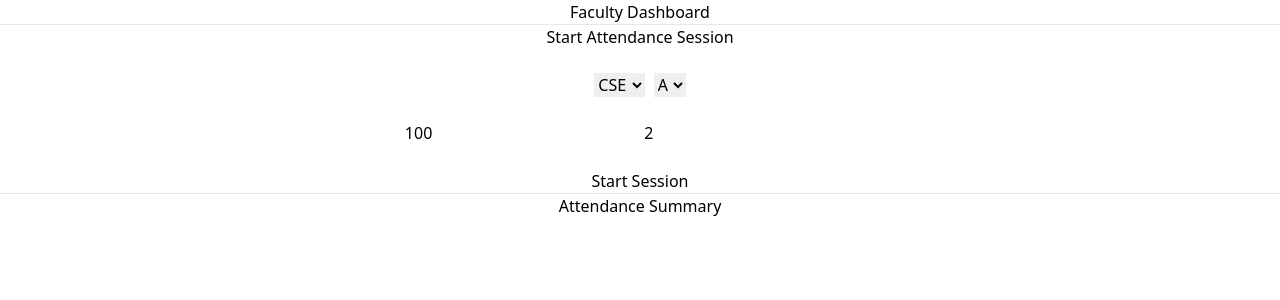
Repository: SparcxSolutions/Attendance_Magic
Page: /faculty (app in frontend/)
These files come from the project's save history. The page is drawn as it stood at one moment and after the next save; the edit follows.
The browser window is 1280 px wide. The pictures show the whole page.
The page's requests for data from a server got no answer. The project was rebuilt for these pictures with package versions that can differ from the ones it lists, and the page was loaded fresh each time. No one was signed in, and anything a server would have sent is missing. Also part of the build but not shown: frontend/vite.config.js, frontend/src/pages/Login.jsx, frontend/src/components/Navbar.jsx, frontend/src/components/StatsCard.jsx.

Above is the page before, as saved 2026-07-14 13:02:50.

### frontend/src/App.jsx
// import { useState } from "react";
// import axios from "axios";
// import FacultyDashboard from "./components/FacultyDashboard";

// function App() {
//   const [verified, setVerified] = useState(false);
//   const [message, setMessage] = useState("");

//   const [department, setDepartment] = useState("");
//   const [section, setSection] = useState("");
//   const [name, setName] = useState("");
//   const [rollNumber, setRollNumber] = useState("");

//   const [attendanceDone, setAttendanceDone] = useState(false);

//   const verifyLocation = () => {
//     navigator.geolocation.getCurrentPosition(
//       async (position) => {
//         try {
//           const response = await axios.post(
//             "http://127.0.0.1:8000/api/verify-location/",
//             {
//               latitude: position.coords.latitude,
//               longitude: position.coords.longitude,
//             }
//           );

//           if (response.data.verified) {
//             setVerified(true);
//             setMessage("Location Verified ✅");
//           } else {
//             setMessage("Outside Allowed Area ❌");
//           }
//         } catch (error) {
//           if (error.response) {
//             setMessage(error.response.data.message);
//           } else {
//             setMessage("Verification Failed");
//           }
//         }
//       },
//       () => {
//         setMessage("Location Access Denied");
//       }
//     );
//   };

//   const submitAttendance = async () => {
//     try {
//       const response = await axios.post(
//         "http://127.0.0.1:8000/api/mark-attendance/",
//         {
//           department,
//           section,
//           name,
//           roll_number: rollNumber,
//         }
//       );

//       if (response.data.message === "Attendance Marked") {
//         setAttendanceDone(true);
//         setMessage("");
//       }
//     } catch (error) {
//       setMessage(
//         error.response?.data?.message ||
//           "Attendance Failed"
//       );
//     }
//   };

//   return (
//     <div>

//       <h1>Attendance Magic</h1>

//       {!verified && (
//         <button onClick={verifyLocation}>
//           Verify Location
//         </button>
//       )}

//       <h3>{message}</h3>

//       {verified && !attendanceDone && (
//         <div>

//           <h2>Attendance Form</h2>

//           <br />

//           <select
//             value={department}
//             onChange={(e) =>
//               setDepartment(e.target.value)
//             }
//           >
//             <option value="">
//               Select Department
//             </option>

//             <option value="CSE">
//               CSE
//             </option>

//             <option value="CSD">
//               CSD
//             </option>

//             <option value="ECE">
//               ECE
//             </option>
//           </select>

//           <br /><br />

//           <select
//             value={section}
//             onChange={(e) =>
//               setSection(e.target.value)
//             }
//           >
//             <option value="">
//               Select Section
//             </option>

//             <option value="A">
//               A
//             </option>

//             <option value="B">
//               B
//             </option>

//             <option value="C">
//               C
//             </option>

//             <option value="D">
//               D
//             </option>
//           </select>

//           <br /><br />

//           <input
//             type="text"
//             placeholder="Enter Name"
//             value={name}
//             onChange={(e) =>
//               setName(e.target.value)
//             }
//           />

//           <br /><br />

//           <input
//             type="text"
//             placeholder="Enter Roll Number"
//             value={rollNumber}
//             onChange={(e) =>
//               setRollNumber(e.target.value)
//             }
//           />

//           <br /><br />

//           <button onClick={submitAttendance}>
//             Submit Attendance
//           </button>

//         </div>
//       )}

//       {attendanceDone && (

//         <div>

//           <h2>
//             ✅ Attendance Marked Successfully
//           </h2>

//           <p>
//             <strong>Name:</strong> {name}
//           </p>

//           <p>
//             <strong>Roll Number:</strong> {rollNumber}
//           </p>

//           <p>
//             <strong>Department:</strong> {department}
//           </p>

//           <p>
//             <strong>Section:</strong> {section}
//           </p>

//           <h3>
//             Thank You 🎉
//           </h3>

//         </div>

//       )}

//       <hr />

//       <FacultyDashboard />

//     </div>
//   );
// }

// export default App;


import {
    BrowserRouter,
    Routes,
    Route,
} from "react-router-dom";

import Login from "./pages/Login";
import FacultyDashboard from "./pages/FacultyDashboard";

function App() {

    return (

        <BrowserRouter>

            <Routes>

                <Route
                    path="/"
                    element={<Login />}
                />

                <Route
                    path="/faculty"
                    element={<FacultyDashboard />}
                />

            </Routes>

        </BrowserRouter>

    );

}

export default App;

### frontend/src/pages/FacultyDashboard.jsx
import Navbar from "../components/Navbar";
import StatsCard from "../components/StatsCard";
import { useEffect, useState } from "react";
import API from "../services/api";

function FacultyDashboard() {

    const [summary, setSummary] = useState([]);
    const [students, setStudents] = useState([]);

    const [department, setDepartment] = useState("CSE");
    const [section, setSection] = useState("A");
    const [radius, setRadius] = useState(100);
    const [duration, setDuration] = useState(2);

    const [attendanceLink, setAttendanceLink] = useState("");

    useEffect(() => {

        fetchSummary();

    }, []);

    const fetchSummary = async () => {

        try {

            const response = await API.get(
                "attendance-summary/"
            );

            setSummary(response.data);

        }

        catch (error) {

            console.log(error);

        }

    };

    const fetchStudents = async (
        department,
        section
    ) => {

        try {

            const response = await API.get(
                `attendance-list/?department=${department}&section=${section}`
            );

            setStudents(response.data);

        }

        catch (error) {

            console.log(error);

        }

    };

    const startSession = async () => {

        try {

            const response = await API.post(
                "start-session/",
                {
                    department,
                    section,
                    faculty_latitude: 17.385,
                    faculty_longitude: 78.486,
                    radius,
                    duration_minutes: duration
                }
            );

            setAttendanceLink(
                response.data.attendance_link
            );

            alert("Attendance Session Started");

            fetchSummary();

        }

        catch (error) {

            console.log(error);

            alert("Unable to Start Session");

        }

    };

    const departments = {};

    summary.forEach((item) => {

        if (!departments[item.department]) {

            departments[item.department] = [];

        }

        departments[item.department].push(item);

    });

    return (

        <div style={{ textAlign: "center" }}>

            <h1>Faculty Dashboard</h1>

            <hr />

            <h2>Start Attendance Session</h2>

            <br />

            <select
                value={department}
                onChange={(e) =>
                    setDepartment(e.target.value)
                }
            >

                <option value="CSE">CSE</option>

                <option value="CSD">CSD</option>

                <option value="ECE">ECE</option>

            </select>

            &nbsp;&nbsp;

            <select
                value={section}
                onChange={(e) =>
                    setSection(e.target.value)
                }
            >

                <option value="A">A</option>

                <option value="B">B</option>

                <option value="C">C</option>

                <option value="D">D</option>

            </select>

            <br /><br />

            <input
                type="number"
                placeholder="Radius"
                value={radius}
                onChange={(e) =>
                    setRadius(e.target.value)
                }
            />

            &nbsp;&nbsp;

            <input
                type="number"
                placeholder="Duration"
                value={duration}
                onChange={(e) =>
                    setDuration(e.target.value)
                }
            />

            <br /><br />

            <button onClick={startSession}>
                Start Session
            </button>

            {

                attendanceLink && (

                    <div>

                        <hr />

                        <h3>Attendance Link</h3>

                        <p>{attendanceLink}</p>

                        <button

                            onClick={() => {

                                navigator.clipboard.writeText(
                                    attendanceLink
                                );

                                alert("Link Copied");

                            }}

                        >

                            Copy Link

                        </button>

                    </div>

                )

            }

            <hr />

            <h2>Attendance Summary</h2>

            {

                Object.keys(departments).map(

                    (department) => (

                        <div key={department}>

                            <h2>

                                {department}

                            </h2>

                            <hr />

                            {

                                departments[
                                    department
                                ].map(

                                    (item, index) => (

                                        <div key={index}>

                                            <h3>

                                                {item.section} Section

                                            </h3>

                                            <h4>

                                                Students Present :{" "}

                                                {item.student_count}

                                            </h4>

                                            <button

                                                onClick={() =>
                                                    fetchStudents(
                                                        item.department,
                                                        item.section
                                                    )
                                                }

                                            >

                                                View Students

                                            </button>

                                            <br />

                                            <br />

                                        </div>

                                    )

                                )

                            }

                        </div>

                    )

                )

            }

            {

                students.length > 0 && (

                    <div>

                        <hr />

                        <h2>

                            Student List

                        </h2>

                        <table

                            border="1"

                            cellPadding="10"

                            style={{

                                margin: "auto",

                                borderCollapse: "collapse"

                            }}

                        >

                            <thead>

                                <tr>

                                    <th>S.No</th>

                                    <th>Name</th>

                                    <th>Roll Number</th>

                                    <th>Department</th>

                                    <th>Section</th>

                                </tr>

                            </thead>

                            <tbody>

                                {

                                    students.map(

                                        (
                                            student,
                                            index
                                        ) => (

                                            <tr

                                                key={student.id}

                                            >

                                                <td>

                                                    {index + 1}

                                                </td>

                                                <td>

                                                    {student.name}

                                                </td>

                                                <td>

                                                    {student.roll_number}

                                                </td>

                                                <td>

                                                    {student.department}

                                                </td>

                                                <td>

                                                    {student.section}

                                                </td>

                                            </tr>

                                        )

                                    )

                                }

                            </tbody>

                        </table>

                    </div>

                )

            }

        </div>

    );

}

export default FacultyDashboard;

### frontend/src/services/api.js
import axios from "axios";

const API = axios.create({
    baseURL: "http://127.0.0.1:8000/api/",
});

API.interceptors.request.use((config) => {

    const token = localStorage.getItem("access");

    if (token) {

        config.headers.Authorization = `Bearer ${token}`;

    }

    return config;

});

export default API;

Loaded but not shown: frontend/src/main.jsx (common file); frontend/src/index.css (common file); frontend/tailwind.config.js (common file)

After the next save:
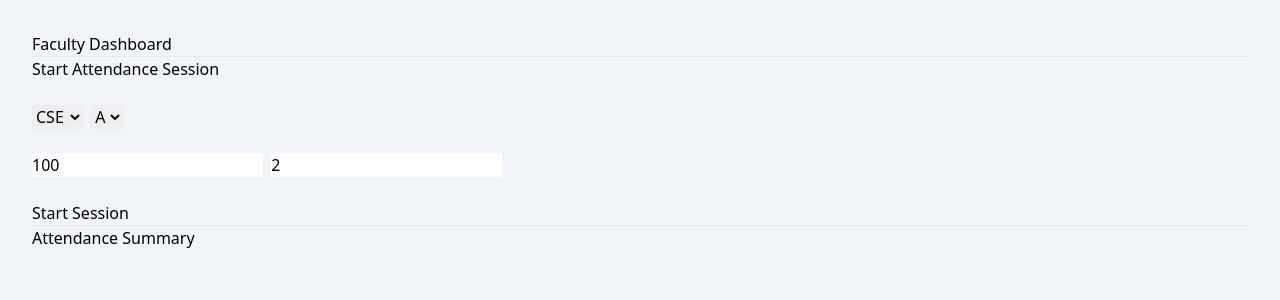
Saved 16 min 54 s later.
--- a/frontend/src/pages/FacultyDashboard.jsx
+++ b/frontend/src/pages/FacultyDashboard.jsx
@@ -116,7 +116,7 @@ function FacultyDashboard() {
 
     return (
 
-        <div style={{ textAlign: "center" }}>
+        <div className="min-h-screen bg-slate-100 p-8">
 
             <h1>Faculty Dashboard</h1>
 
